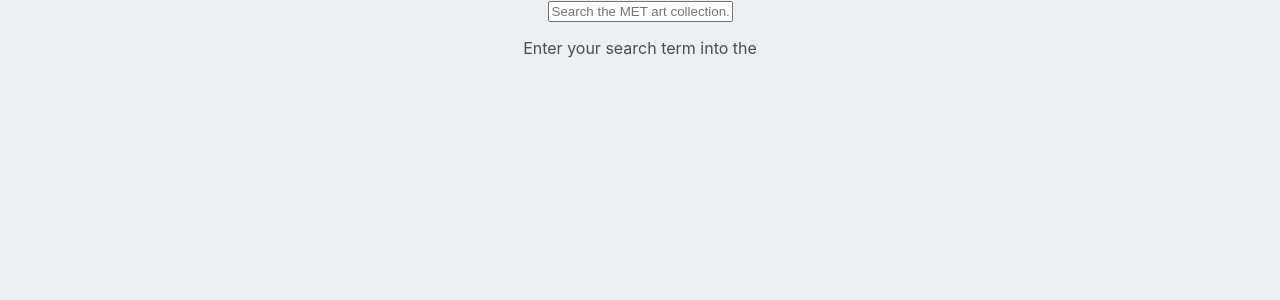
Repository: edulis8/MetSearchTool
Page: /
These files come from the project's save history. The page is drawn as it stood at one moment and after the next save; the edit follows.
The browser window is 1280 px wide. The pictures show the whole page.
The project was rebuilt for these pictures with package versions that can differ from the ones it lists, and the page was loaded fresh each time. Also part of the build but not shown: src/Pokecard.js, src/Pokedex.js.

Above is the page before, as saved 2020-01-16 10:04:45.

### src/App.js
import React from 'react';
import './App.css';
import Pokedex from './Pokedex';
import PokeGame from './PokeGame';

function App() {
  return (
    <div className="App">
      <PokeGame />
    </div>
  );
}

export default App;

### src/PokeGame.js
import React, { Component } from 'react'
// import Pokedex from './Pokedex';
import Axios from 'axios';
import Pokecard from './Pokecard';
// import './Pokedex.css';
const MET_API_BASE = 'https://collectionapi.metmuseum.org/public/collection/v1';


class PokeGame extends Component {
    constructor(props) {
        super(props);
        this.state = {
            objects: [],
            searchTerm: '',
            searching: false
        }
        this.handleSearchInputChanges = this.handleSearchInputChanges.bind(this);
    }
    // static defaultProps = {
    //     test: [
    //     ]
    // }
    handleSearchInputChanges(e) {
        this.setState({ searchTerm: e.target.value })
        // console.log(this.state.searchTerm);
        this.search();
    }
    search() {
        console.log('searchTerm', this.state.searchTerm);
        Axios.get(`${MET_API_BASE}/search?q=${this.state.searchTerm}`).then((response) => {
            this.setState({ objects: [], searching: true })
            // console.log(response.data.objectIDs.slice(0, 20));
            // console.log(response.status, response.statusText);
            console.log('RESPONSE', response);
            if (response.data.objectIDs) {
                const objectIDs = response.data.objectIDs.slice(0, 20);
                objectIDs.forEach((id, idx) => {
                    Axios.get(`${MET_API_BASE}/objects/${id}`).then((response) => {
                        // console.log(idx, response.data);
                        const newObjects = [...this.state.objects];
                        newObjects.push(response.data);
                        this.setState({ objects: newObjects })
                    })
                });
            } else {
                this.setState({ objects: [] })
            }
        });
        this.setState({ searching: true });
    }
    componentDidMount() {
        console.log('didMount');
    }
    render() {
        return (
            <div className='Pokedex'>
                <input type="text" placeholder="Search the MET art collection..." onChange={this.handleSearchInputChanges} />
                {this.state.objects.map(object =>
                    // <img src={object.primaryImage}></img>
                    <div className='Pokedex-cards'>
                        <Pokecard {...object} />
                    </div>

                )}
                {!this.state.objects.length && !this.state.searching && <p>Enter your search term into the </p>}
                {this.state.searching && <p>Searching...</p>}

            </div>
        )
    }
}

export default PokeGame;

### src/Pokedex.css
.Pokedex {
    text-align: center;
}
.Pokedex-cards {
    display: flex;
    justify-content: space-evenly;
    flex-wrap: wrap;
}

Loaded but not shown: public/index.html (common file); src/index.js (common file); src/index.css (common file); src/serviceWorker.js (common file); src/App.css (common file)

After the next save:
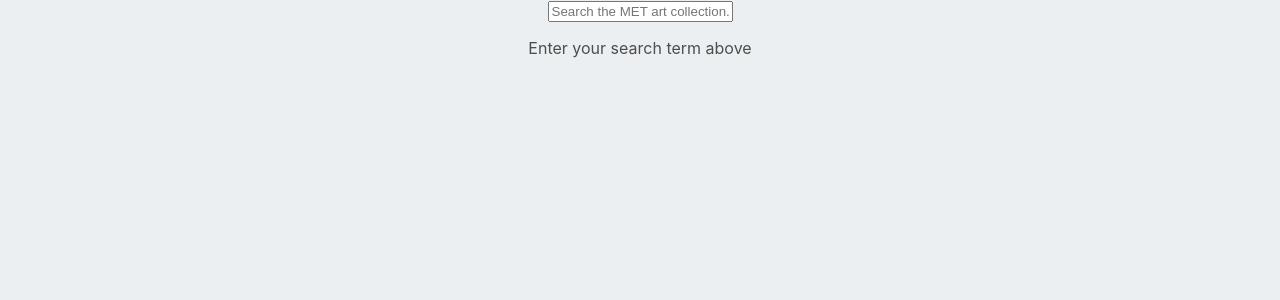
Saved 5 s later.
--- a/src/PokeGame.js
+++ b/src/PokeGame.js
@@ -62,7 +62,7 @@ class PokeGame extends Component {
                     </div>
 
                 )}
-                {!this.state.objects.length && !this.state.searching && <p>Enter your search term into the </p>}
+                {!this.state.objects.length && !this.state.searching && <p>Enter your search term above</p>}
                 {this.state.searching && <p>Searching...</p>}
 
             </div>
